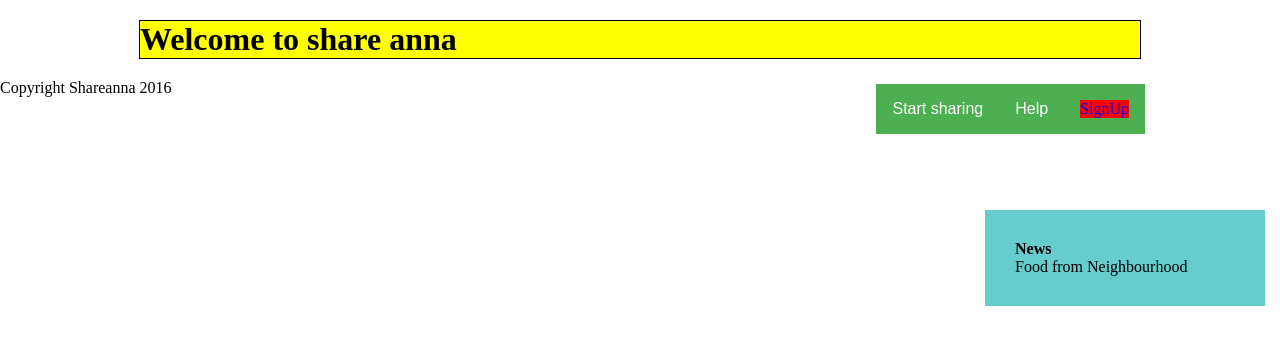
Repository: navigator007/shareanna
Page: practiceSpringMVC_1/src/main/webapp/home.html
These files come from the project's save history. The page is drawn as it stood at one moment and after the next save; the edit follows.
The browser window is 1280 px wide. The pictures show the whole page.
The pointer rests on the first visible `.dropdown_custom a`.

Above is the page before, as saved 2016-08-20 23:38:28.

### practiceSpringMVC_1/src/main/webapp/home.html
<!DOCTYPE html>
<html lang="en">
<head>
<meta charset="UTF-8">
<title>take-away, food sharing</title>
<link rel="stylesheet" href="css/home.css">
</head>
<body>
	<div id="main_header">
		<header>
			<h1>Welcome to share anna</h1>
		</header>
	</div>
	<div>
		<ul class="menu_dropdown">
			<li>
				<div class="dropdown">
					<button class="dropbtn">Start sharing</button>
					<div class="dropdown-content">
						<a href="#">Share your dish and earn</a>
					</div>
				</div>
			</li>
			<li>
				<div class="dropdown">
					<button class="dropbtn">Help</button>
					<div class="dropdown-content">
						<a href="#">Getting started guide</a> <a href="#">How to place
							order</a> <a href="#">How price is determined</a> <a href="#">How
							payments are processed</a> <a href="#">How my dish reaches me?</a>
					</div>
				</div>
			</li>
			<li>
				<div class="dropdown_custom">
					<a href="#">SignUp</a>
				</div>
			</li>
		</ul>
	</div>
	<div id="section">
		<section>
			<aside>
				<h4>News</h4>
				Food from Neighbourhood
			</aside>
		</section>
	</div>
	<footer> Copyright Shareanna 2016 </footer>
</body>
</html>

### practiceSpringMVC_1/src/main/webapp/css/home.css
@CHARSET "UTF-8";
*{
	margin:0px;
	padding: 0px;
}
header ,section, footer, aside, nav, article, hgroup{
	display:block;
}
body{
	text-align:left;
}
#main_header{
	border: 1px solid black;
	width: 1000px;
	margin: 20px auto;
	background: yellow;
	text-decoration: blink;
}

#section{
	position: fixed;
	float: left;
	width: 220px;
	margin: 20px 0px;
	padding: 30px;
	background: #66cccc;
	top: 190px;
	right: 15px
}
/* Dropdown button section -- start */
.dropbtn {
    background-color: #4CAF50;
    color: white;
    padding: 16px;
    font-size: 16px;
    border: none;
    cursor: pointer;
}
.dropdown {
    position: relative;
    display: inline-block;
}
.dropdown-content {
    display: none;
    position: absolute;
    background-color: #f9f9f9;
    min-width: 130px;
    box-shadow: 0px 8px 16px 0px rgba(0,0,0,0.2);
}
.dropdown-content a {
    color: black;
    padding: 12px 16px;
    text-decoration: none;
    display: block;
}
.dropdown-content a:hover {background-color: #f1f1f1}

.dropdown:hover .dropdown-content {
    display: block;
}

.dropdown:hover .dropbtn {
    background-color: #3e8e41;
}
.menu_dropdown{
	margin: 0;
    padding: 5px;
    position: fixed;
    float: right;
    list-style-type: none;
    right: 130px;
}

.menu_dropdown li{
	float: left;
}
.menu_dropdown a{
	display: block;
	background-color: #dddddd;
}
.dropdown_custom{
	background-color: #4CAF50;
    color: white;
    padding: 16px;
    font-size: 16px;
    border: none;
    cursor: pointer;
}
.dropdown_custom a:hover, a:active {
    background-color: red;
}
.dropdown_custom a{
	text-decoration: none;
}

After the next save:
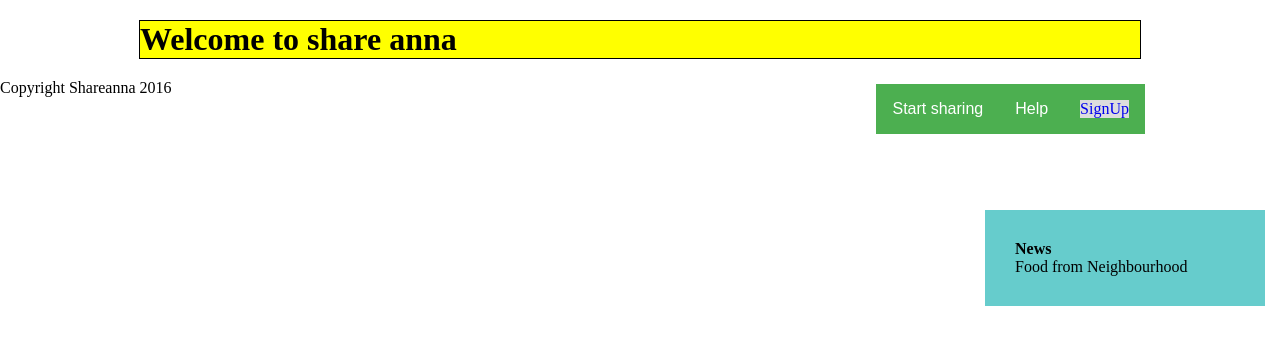
Saved 19 s later.
--- a/practiceSpringMVC_1/src/main/webapp/css/home.css
+++ b/practiceSpringMVC_1/src/main/webapp/css/home.css
@@ -87,7 +87,7 @@ body{
     cursor: pointer;
 }
 .dropdown_custom a:hover, a:active {
-    background-color: red;
+
 }
 .dropdown_custom a{
 	text-decoration: none;
